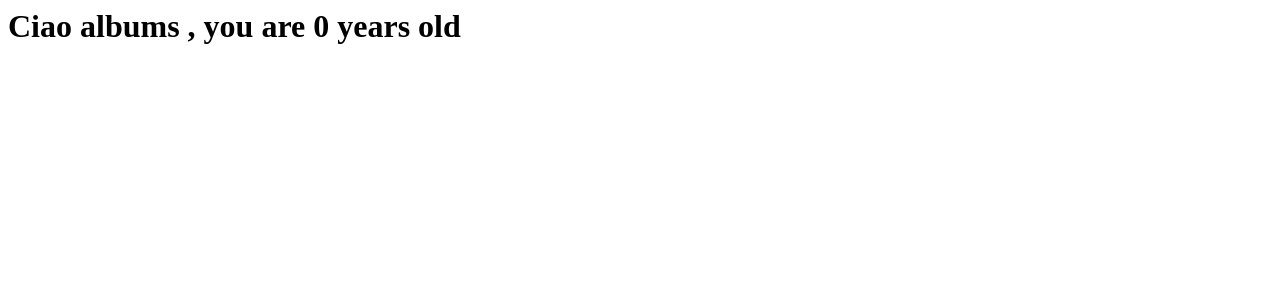
Repository: dgiac85/laraproject
Page: http://localhost/albums
The author's editor kept a copy of each file at every save. The page is drawn from the files as they stood at one save, then again after the next save.
The browser window is 1280 px wide. The pictures show the whole page.
The page is served by the project's Laravel application, run on PHP 8.4 with Laravel 10. Other server files are loaded and not shown. Queries for data that is not in the repository find no rows.

Above is the page before, as saved 2017-06-20 08:28:52.

### laravel/routes/pages.php
<?php
//il PageController serve a controllare le pagine che devono essere caricate
Route::get('about', 'PageController@about');
Route::get('blog', 'PageController@blog');
Route::get('staff', 'PageController@staff');
Route::get('staffb', 'PageController@staffb');

### laravel/routes/web.php
<?php

use App\Models\Album;
use App\User;

/*
|--------------------------------------------------------------------------
| Web Routes
|--------------------------------------------------------------------------
|
| Here is where you can register web routes for your application. These
| routes are loaded by the RouteServiceProvider within a group which
| contains the "web" middleware group. Now create something great!
|
*/

/*->where('name','[a-zA-Z]+')
  ->where('lastname','[a-zA-Z]+');*/
  //si può fare anche con un solo where

Route::get('/{name?}/{lastname?}/{age?}', function ($name = '', $lastname='', $age=0) {
	//si potrebbe anche ritornare una view
    return '<h1>Ciao ' . $name . ' '.$lastname .', you are '.$age.' years old</h1>';
})->where([
  		'name' => '[a-zA-Z]+',
  		'lastname' => '[a-zA-Z]+',
  		'age' => '[0-9]{1,3}'
  	]);

Route::get('/albums', function(){
	return User::all();
});

### laravel/routes/admin.php
<?php

/*
|--------------------------------------------------------------------------
| Admin Routes
|--------------------------------------------------------------------------
|
| Here is where you can register web routes for your application. These
| routes are loaded by the RouteServiceProvider within a group which
| contains the "web" middleware group. Now create something great!
|
*/

Route::get('/', function () {
    return view('admin');
});

Route::get('/dashboard', function () {
    return "dashboard";
});

Loaded but not shown: laravel/app/User.php (common file)

After the next save:
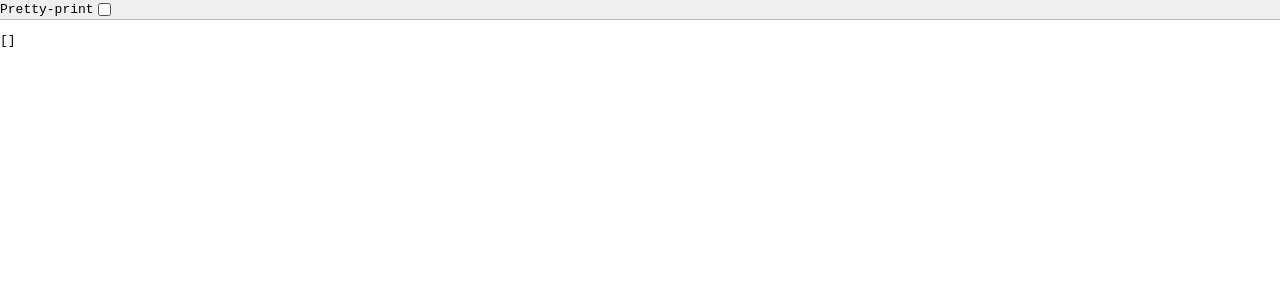
Saved 2 min 25 s later.
--- a/laravel/routes/web.php
+++ b/laravel/routes/web.php
@@ -18,6 +18,10 @@ use App\User;
   ->where('lastname','[a-zA-Z]+');*/
   //si può fare anche con un solo where
 
+Route::get('/albums', function(){
+	return User::all();
+});
+
 Route::get('/{name?}/{lastname?}/{age?}', function ($name = '', $lastname='', $age=0) {
 	//si potrebbe anche ritornare una view
     return '<h1>Ciao ' . $name . ' '.$lastname .', you are '.$age.' years old</h1>';
@@ -26,7 +30,3 @@ Route::get('/{name?}/{lastname?}/{age?}', function ($name = '', $lastname='', $a
   		'lastname' => '[a-zA-Z]+',
   		'age' => '[0-9]{1,3}'
   	]);
-
-Route::get('/albums', function(){
-	return User::all();
-});
